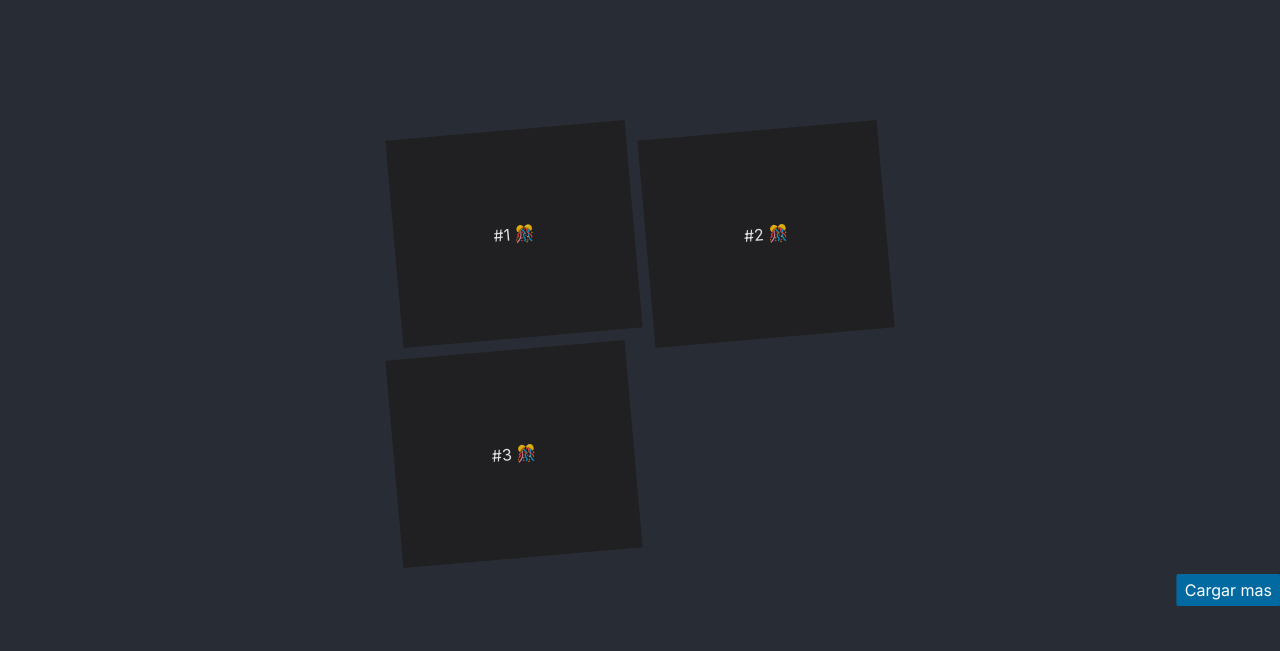
Repository: devsecops-node/simple-play
Page: /recomendations
An editor plug-in stored every save of this project. The page is shown before and after the next save, followed by the edit.
The browser window is 1280 px wide. The pictures show the whole page.
The project was rebuilt for these pictures with package versions that can differ from the ones it lists, and the page was loaded fresh each time. The framework's server and built-in components were replaced by stand-ins that run in the browser. Also part of the build but not shown: next.config.mjs.

Above is the page before, as saved 2024-06-21 19:12:00.

After the next save:
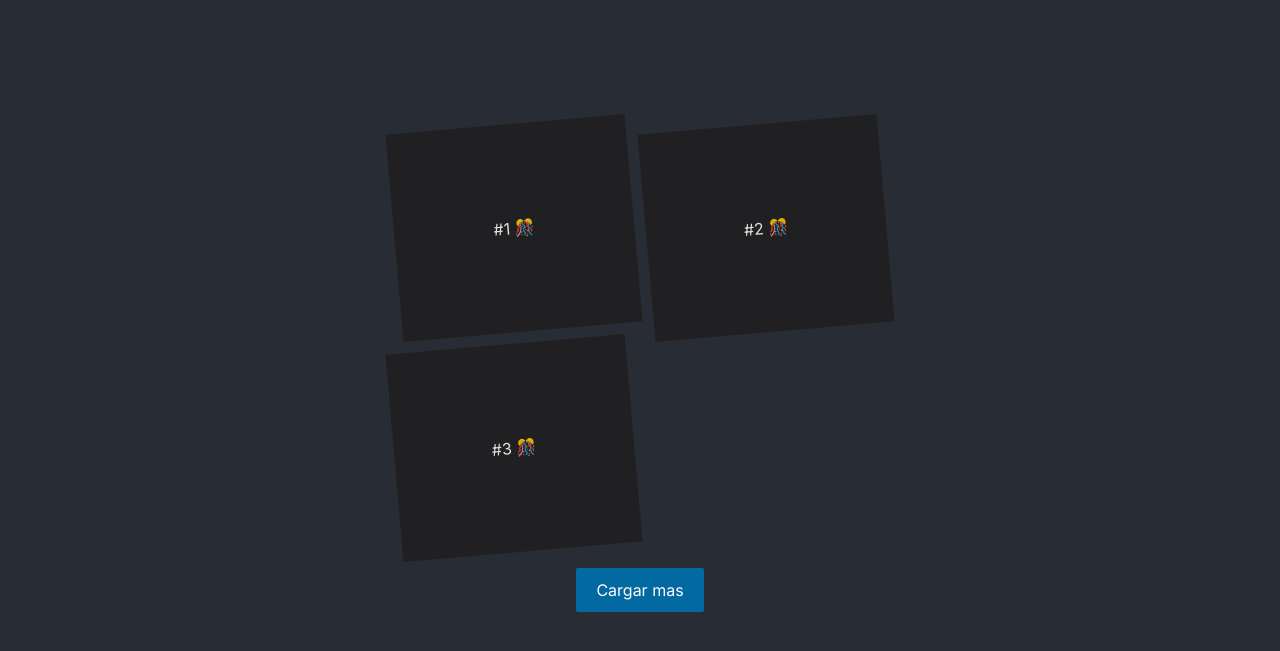
Saved 24 s later.
--- a/src/app/_styles/cards.module.css
+++ b/src/app/_styles/cards.module.css
@@ -55,6 +55,13 @@
 .card_title{
   margin: auto 0;
 }
-.animation_button {
+.animation_button{
+  padding: 10px 20px;
+  font-size: 16px;
+  cursor: pointer;
+  position: relative;
+  transition: transform 0.3s ease;
+}
+.animation_button:hover {
   transform: translateX(calc((100vw - 100%) * 0.5));
 }
